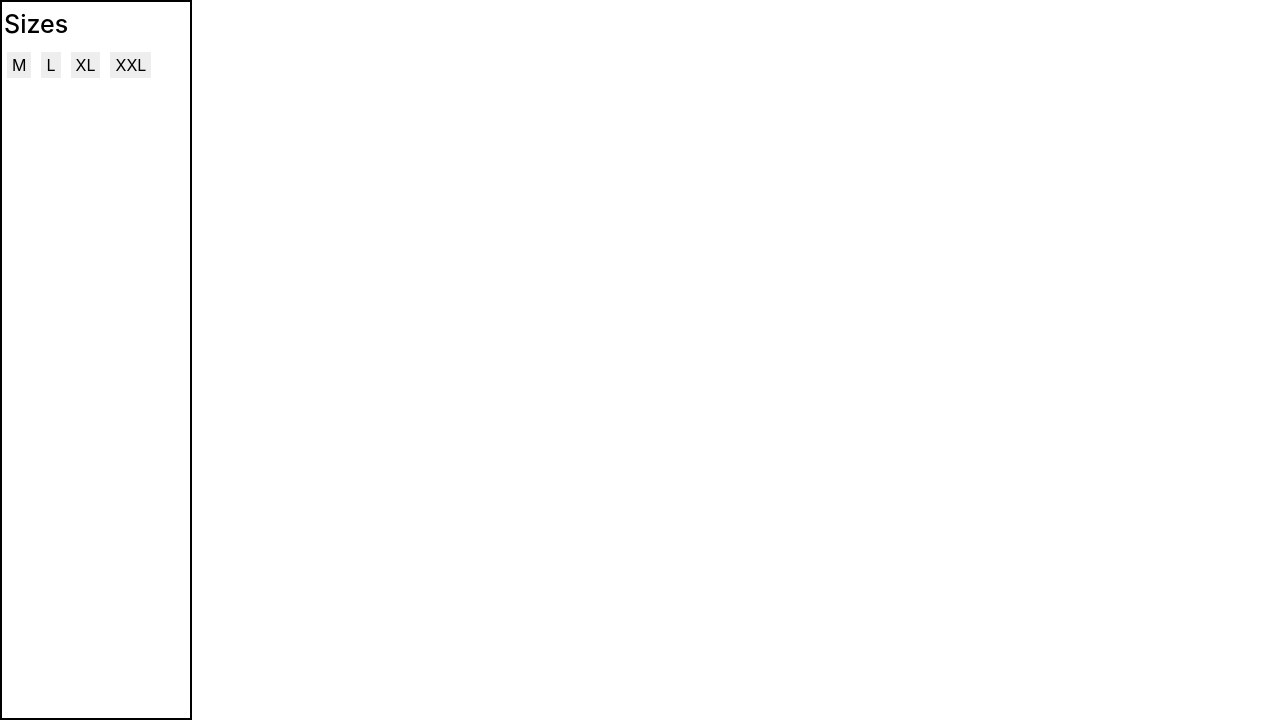
Repository: 0584386177/GiuaKyReactJs
Page: /
These files come from the project's save history. The page is drawn as it stood at one moment and after the next save; the edit follows.
The browser window is 1280 px wide. The pictures show the whole page.
The page's requests for data from a server got no answer. The project was rebuilt for these pictures with package versions that can differ from the ones it lists, and the page was loaded fresh each time. No one was signed in, and anything a server would have sent is missing.

Above is the page before, as saved 2023-10-16 14:46:50.

### src/index.css
body {
  margin: 0;
  font-family: -apple-system, BlinkMacSystemFont, 'Segoe UI', 'Roboto', 'Oxygen',
    'Ubuntu', 'Cantarell', 'Fira Sans', 'Droid Sans', 'Helvetica Neue',
    sans-serif;
  -webkit-font-smoothing: antialiased;
  -moz-osx-font-smoothing: grayscale;
}

code {
  font-family: source-code-pro, Menlo, Monaco, Consolas, 'Courier New',
    monospace;
}

*,
*:before,
*:after {
  box-sizing: border-box;
}
* {
  margin: 0;
  padding: 0;
  font: inherit;
}
img,
picture,
svg,
video {
  display: block;
  max-width: 100%;
}
input,
select,
textarea {
  background-color: transparent;
  outline: none;
}
button {
  cursor: pointer;
  background-color: transparent;
  outline: none;
  border: 0;
}
body {
  min-height: 100vh;
  font-weight: 400;
  font-size: 16px;
  line-height: 1;
}

### src/App.js
import React from 'react';
import Page from "./components/Page";
import styled from 'styled-components';
const AppWrapper = styled.div`
  width: 100%;
  height: 100%;
`
const App = () => {
  return (
    <AppWrapper>
      <Page>

      </Page>

    </AppWrapper>
  );
};

export default App;

### src/components/Page.jsx
import React, { useEffect } from 'react';
import Sizes from "./Sizes"
const api = "http://localhost:3000/products";
const getProducts = async ()=>{
    const response = await fetch(api);
    const data = await response.json();
    console.log(data);
}
const Page = () => {
    useEffect(()=>{
        getProducts();
    },[])
    return (
        <div>
            <Sizes/>
        </div>
    );
};

export default Page;

### src/components/Sizes.jsx
import React from 'react';
import styled from 'styled-components';
 const SizesWrapper = styled.div`
    width: 15%;
    height: 100vh;
    border: 2px solid black;
`
const SizesTitle = styled.h3`
    font-weight: 500;
    font-size: 25px;
    padding: 10px 2px;
`
const SizesButton = styled.button`
    padding: 5px;
    margin: 5px;
    background: #eee;
`
const Sizes = () => {

    return (
        <SizesWrapper>
            <SizesTitle>Sizes</SizesTitle>
            <SizesButton>M</SizesButton>
            <SizesButton>L</SizesButton>
            <SizesButton>XL</SizesButton>
            <SizesButton>XXL</SizesButton>
        </SizesWrapper>
    );
};

export default Sizes;

Loaded but not shown: public/index.html (common file); src/index.js (common file); src/reportWebVitals.js (common file)

After the next save:
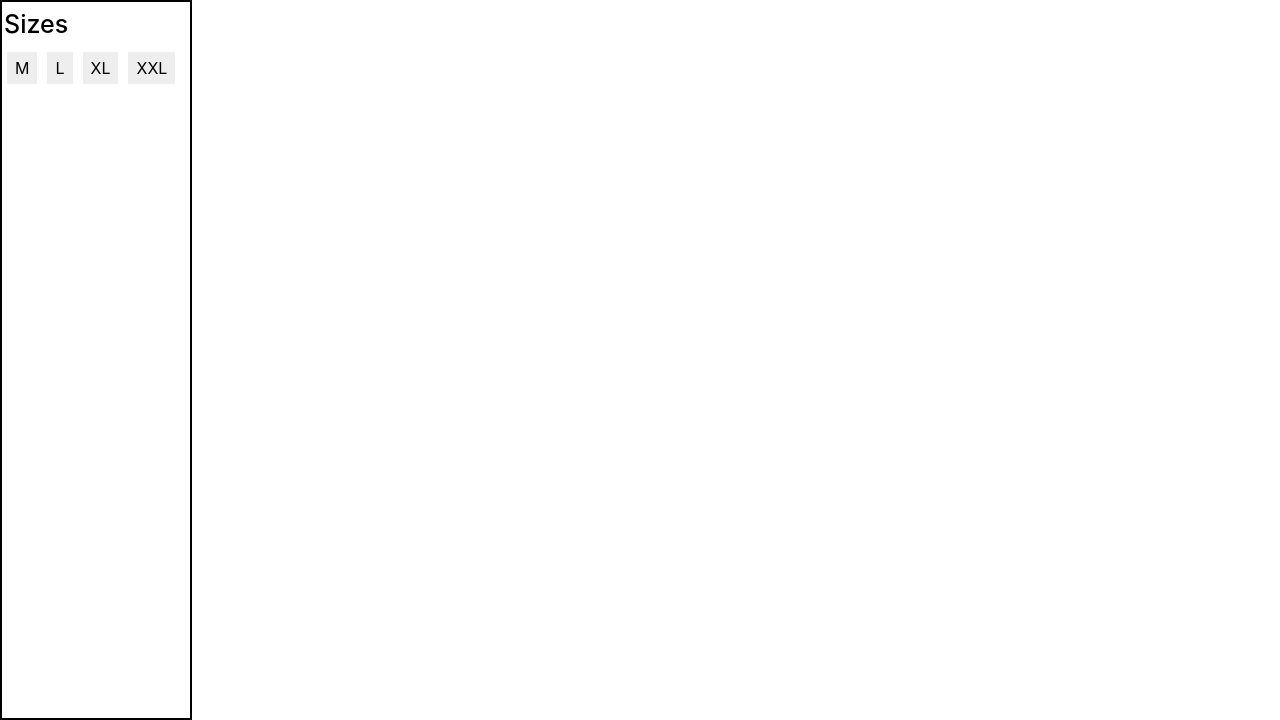
Saved 6 s later.
--- a/src/components/Sizes.jsx
+++ b/src/components/Sizes.jsx
@@ -11,7 +11,7 @@ const SizesTitle = styled.h3`
     padding: 10px 2px;
 `
 const SizesButton = styled.button`
-    padding: 5px;
+    padding: 8px;
     margin: 5px;
     background: #eee;
 `
